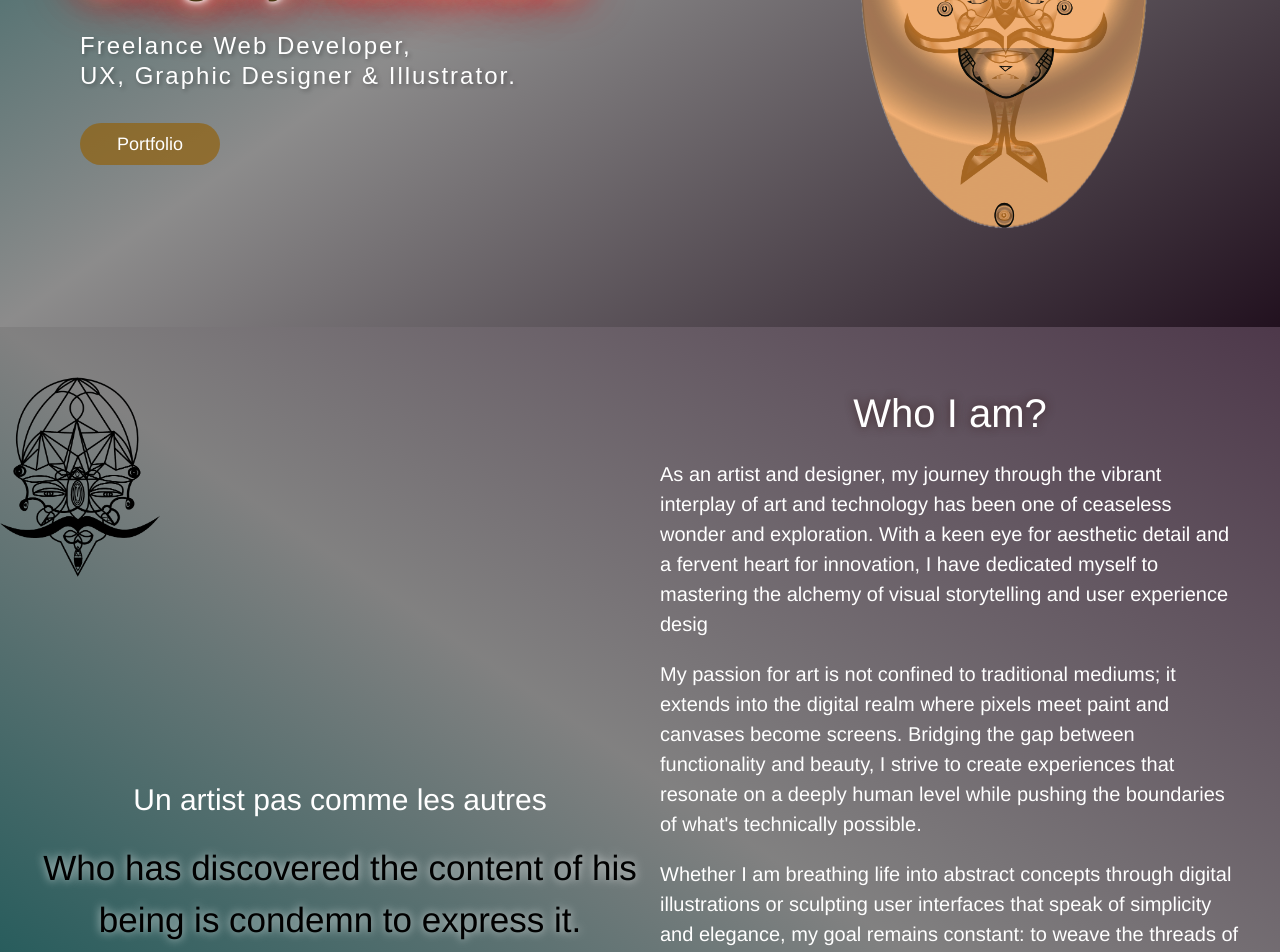
Repository: al-XLeMEsTRE/al-XLeMEsTRE
Page: index.html
The author's editor kept a copy of each file at every save. The page is drawn from the files as they stood at one save, then again after the next save.
The browser window is 1280 px wide. The pictures show the part of the page from y = 553 to 1505 px (the page is 5520 px tall).
A picture or video elsewhere on the page could not be fetched, so the positions and the page height are approximate.

Above is the page before, as saved 2023-11-23 19:29:16.

After the next save:
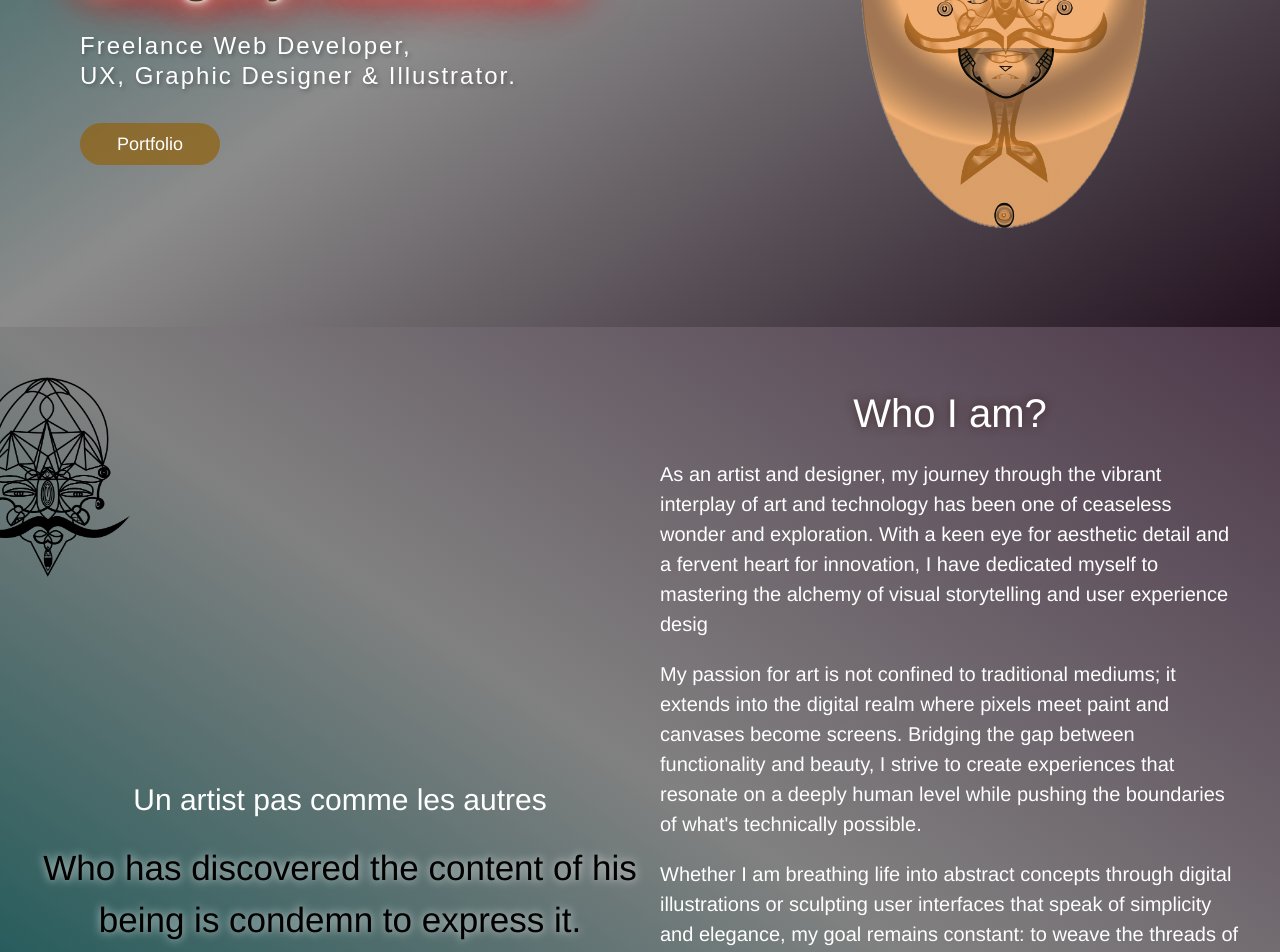
Saved 4 s later.
--- a/style/styles.css
+++ b/style/styles.css
@@ -305,7 +305,7 @@
 
 .about__image {
   top: -10px;
-  left: -40px;
+  left: -70px;
   position: relative;
   width: 160px;
   height: 200px;
